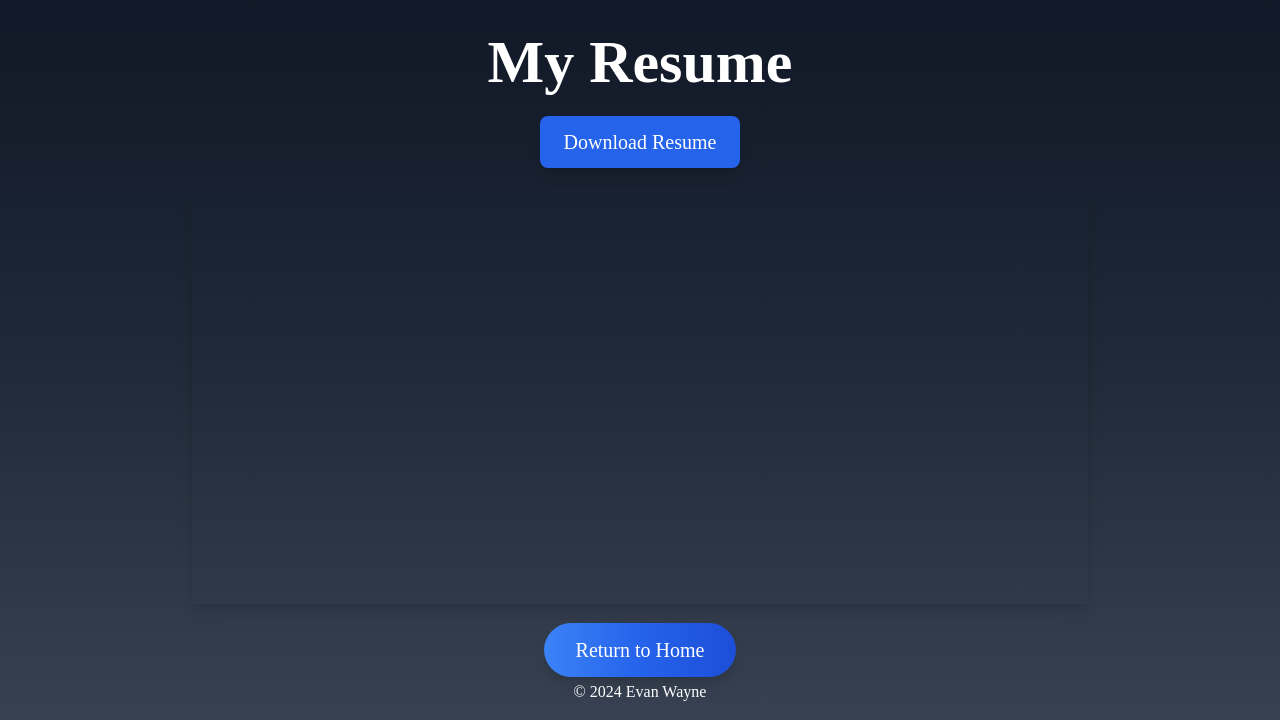
Repository: evnwyn/Evan-Wayne-s-Portfolio
Page: /resume
The author's editor kept a copy of each file at every save. The page is drawn from the files as they stood at one save, then again after the next save.
The browser window is 1280 px wide. The pictures show the whole page.
The project was rebuilt for these pictures with package versions that can differ from the ones it lists, and the page was loaded fresh each time. The framework's server and built-in components were replaced by stand-ins that run in the browser. Also part of the build but not shown: next.config.js.

Above is the page before, as saved 2024-10-09 21:07:42.

### src/app/layout.tsx
// app/layout.tsx

import '~/styles/globals.css'; // Import your global styles
import { type Metadata } from 'next';
import { ReactNode } from 'react';

export const metadata: Metadata = {
  title: 'Evan Wayne | Portfolio',
  description: 'This is my personal portfolio website',
  icons: [{ rel: 'icon', url: '/favicon.ico' }],
};

export default function RootLayout({ children }: { children: ReactNode }) {
  return (
    <html lang="en">
      <body className="min-h-screen flex flex-col bg-gradient-to-b from-gray-900 via-gray-800 to-gray-700">
        {/* Main content area, flex-grow ensures this stretches to fill the viewport */}
        <main className="flex-grow flex flex-col">{children}</main>
        <footer className="text-center text-white py-4">
          © {new Date().getFullYear()} Evan Wayne
        </footer>
      </body>
    </html>
  );
}

### src/app/resume/page.tsx
// app/resume/page.tsx

import React from 'react';
import Link from 'next/link'; // Import the Link component

export default function Resume() {
  return (
    <div className="flex flex-col items-center justify-center flex-grow w-full font-sans"> {/* Apply the modern font here */}
      <div className="flex flex-col items-center pt-8 pb-4">
        <h1 className="text-6xl font-bold text-white transition-all duration-500 hover:text-gray-300">
          My Resume
        </h1>
        <a
          href="/Evan Wayne's Resume 09:10:2024.pdf" // Ensure this points to the correct file
          download
          className="bg-blue-600 text-white text-xl px-6 py-3 rounded-lg shadow-lg transform hover:bg-blue-700 hover:scale-110 transition-transform duration-500 ease-out hover:shadow-xl mt-6"
        >
          Download Resume
        </a>
      </div>

      <div className="flex-grow flex justify-center items-center w-full">
        <iframe
          src="/Evan Wayne's Resume 09:10:2024.pdf"
          className="w-full h-full max-w-4xl border-0 shadow-lg"
          title="Resume PDF"
        />
      </div>

      <div className="mt-8">
        <Link href="/" className="bg-gradient-to-r from-blue-500 via-blue-600 to-blue-700 text-white text-xl px-8 py-4 rounded-full shadow-lg transform hover:scale-110 transition-transform duration-500 ease-out hover:shadow-2xl">
          Return to Home
        </Link>
      </div>
    </div>
  );
}

### src/styles/globals.css
@tailwind base;
@tailwind components;
@tailwind utilities;

/* Eliminate margin, padding, and overflow issues */
html, body {
  height: 100%;
  margin: 0;
  padding: 0;
  overflow: hidden; /* Hide any potential overflow */
}

/* Make sure the Next.js root div takes up full height */
#__next {
  min-height: 100%;
  display: flex;
  flex-direction: column;
  justify-content: flex-start; /* Ensure content starts from the top */
}

/* Ensure main content stretches to fill the remaining space */
main {
  flex-grow: 1;
  display: flex;
  flex-direction: column;
}

/* Reset margins and paddings */
* {
  margin: 0;
  padding: 0;
  box-sizing: border-box;
}

Loaded but not shown: tailwind.config.ts (common file)

After the next save:
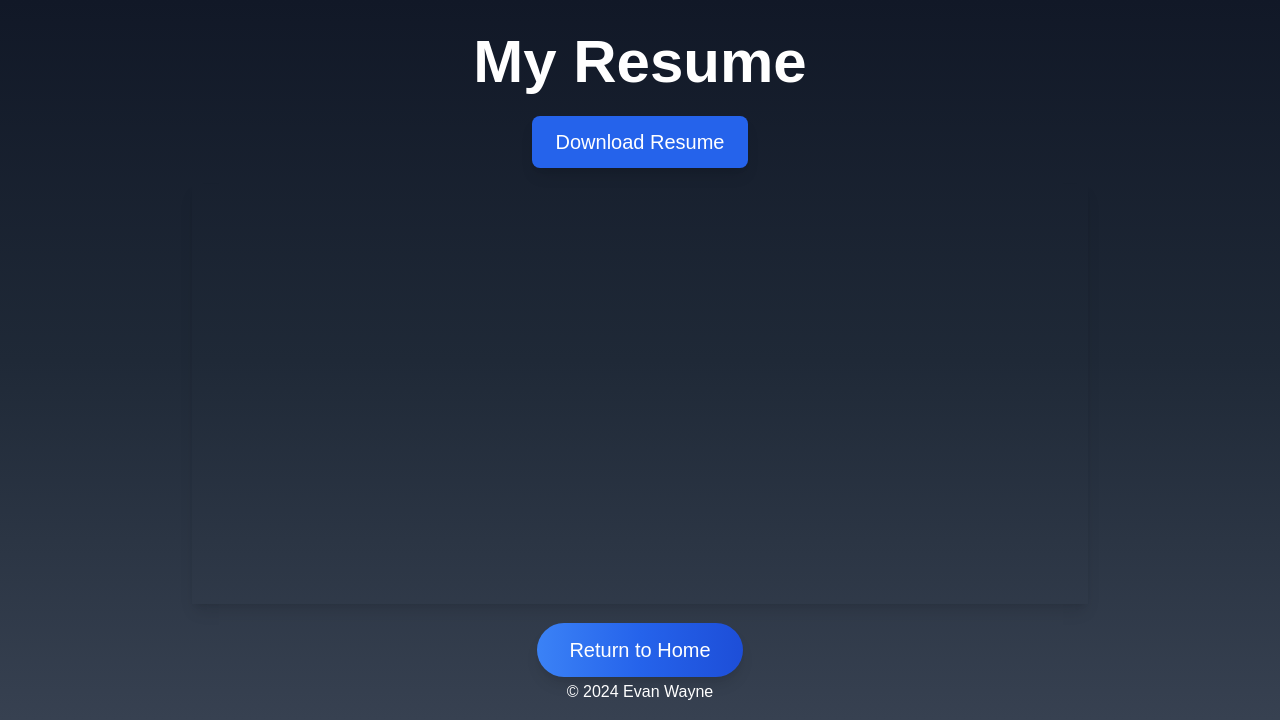
Saved 2 min 1 s later.
--- a/src/styles/globals.css
+++ b/src/styles/globals.css
@@ -1,7 +1,15 @@
 @tailwind base;
 @tailwind components;
 @tailwind utilities;
+@import url('https://fonts.googleapis.com/css2?family=Poppins:wght@300;400;500;600;700&display=swap');
 
+/* Apply the Poppins font globally */
+html, body {
+  height: 100%;
+  margin: 0;
+  padding: 0;
+  font-family: 'Poppins', sans-serif; /* Apply Poppins globally */
+}
 /* Eliminate margin, padding, and overflow issues */
 html, body {
   height: 100%;
